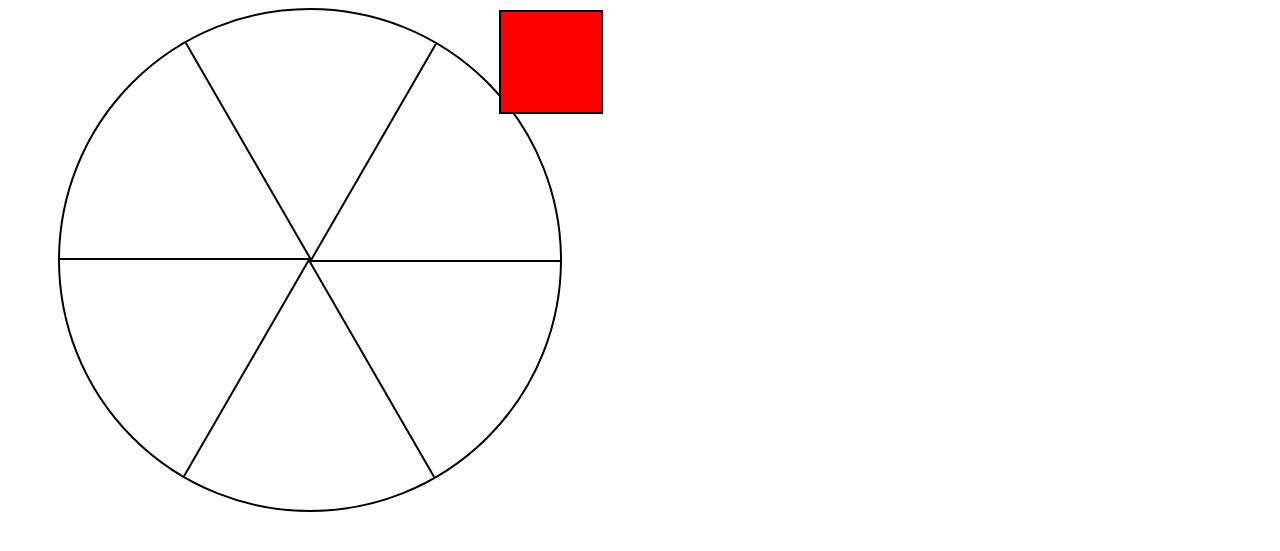
Repository: Lungdjos/ferris_wheel
Page: index.html
An editor plug-in stored every save of this project. The page is shown before and after a run of saves, followed by the edit.
The browser window is 1280 px wide. The pictures show the whole page.

Above is the page before, as saved 2024-01-11 09:09:10.

### index.html
<!DOCTYPE html>
<html lang="en">

<head>
    <meta charset="UTF-8">
    <meta name="viewport" content="width=device-width, initial-scale=1.0">
    <title>Ferris Wheel</title>
    <link rel="stylesheet" href="./styles.css">
</head>

<body>
    <div class="wheel">
        <span class="line"></span>
        <span class="line"></span>
        <span class="line"></span>
        <span class="line"></span>
        <span class="line"></span>
        <span class="line"></span>
        <div class="cabin"></div>
        <div class="cabin"></div>
        <div class="cabin"></div>
        <div class="cabin"></div>
        <div class="cabin"></div>
        <div class="cabin"></div>
    </div>

</body>

</html>

### styles.css
/* styling for the wheel */

.wheel {
    border: 2px solid black;
    border-radius: 50%;
    margin-left: 50px;
    position: absolute;
    height: 55vw;
    width: 55vw;
    max-width: 500px;
    max-height: 500px;
}


/* styling for the line */

.line {
    background-color: black;
    height: 2px;
    width: 50%;
    top: 50%;
    left: 50%;
    position: absolute;
    transform-origin: 0% 0%;
}

.line:nth-of-type(2) {
    transform: rotate(60deg);
}

.line:nth-of-type(3) {
    transform: rotate(120deg);
}

.line:nth-of-type(4) {
    transform: rotate(180deg);
}

.line:nth-of-type(5) {
    transform: rotate(240deg);
}

.line:nth-of-type(6) {
    transform: rotate(-60deg);
}


/* styling for the cabin */

.cabin {
    background-color: red;
    width: 20%;
    height: 20%;
    border: 2px solid;
    position: absolute;
    transform-origin: 50% 0%;
}

.cabin {
    right: -8.5%;
}

After the next 3 saves:
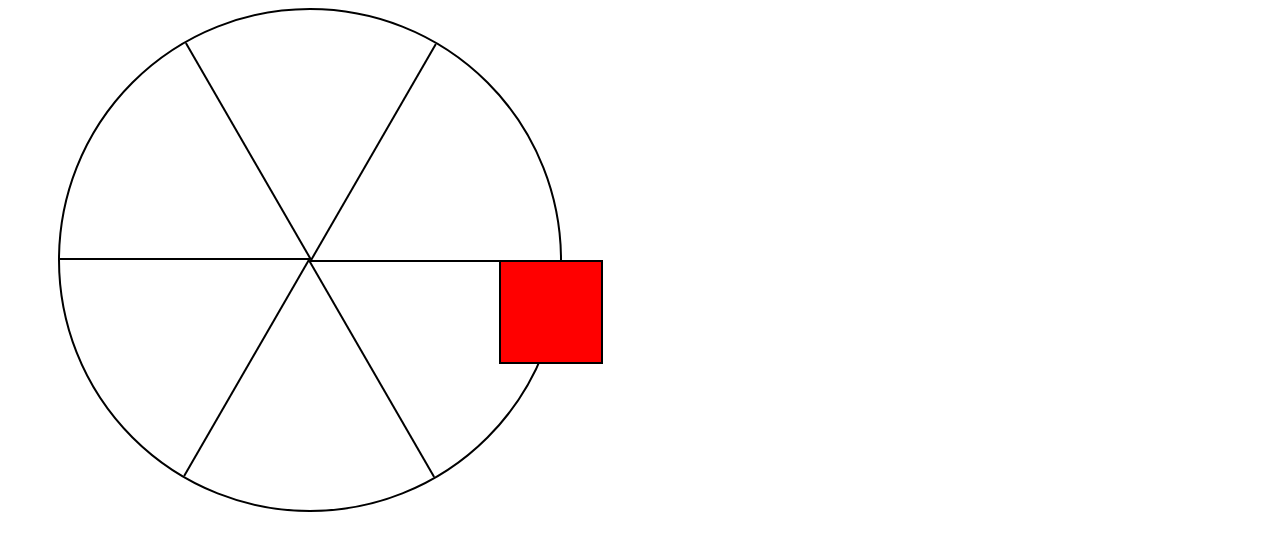
The 3 saves are shown as one change because they came seconds apart.
The last was saved 8 s later.
--- a/styles.css
+++ b/styles.css
@@ -58,4 +58,5 @@
 
 .cabin {
     right: -8.5%;
+    top: 50%;
 }
